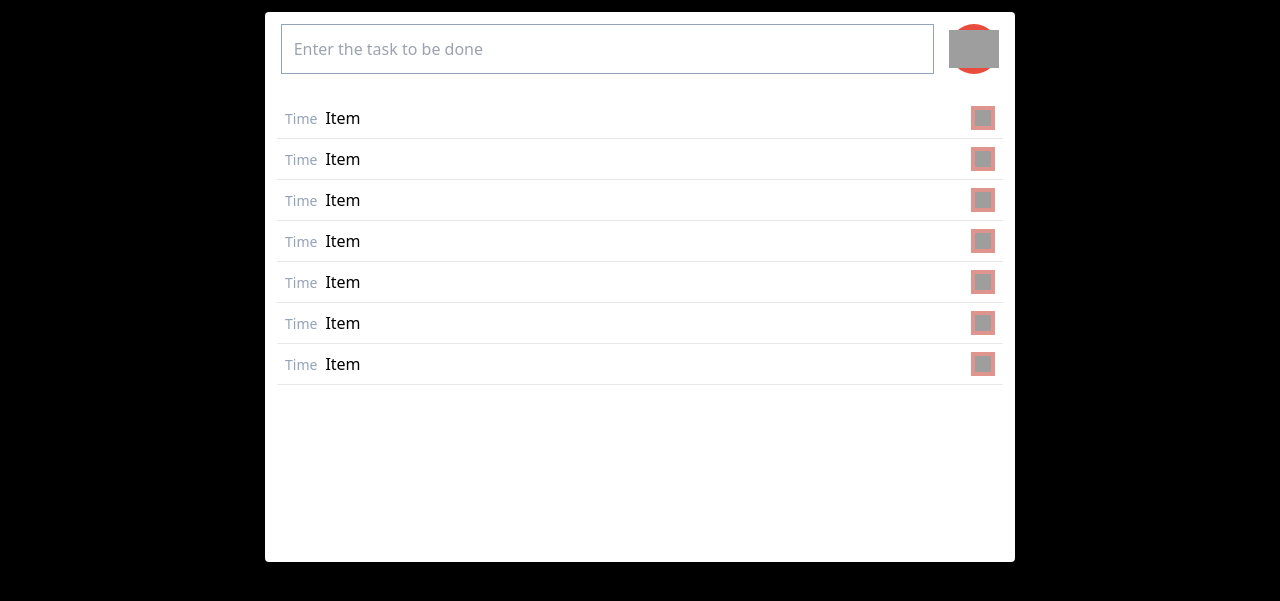
Repository: duttasayan835/todo-app-with-React-and-tailwind-CSS
Page: /
An editor plug-in stored every save of this project. The page is shown before and after the next save, followed by the edit.
The browser window is 1280 px wide. The pictures show the whole page.
Pictures or frames that could not be fetched are drawn as grey boxes. The project was rebuilt for these pictures with package versions that can differ from the ones it lists, and the page was loaded fresh each time.

Above is the page before, as saved 2024-06-12 13:20:59.

After the next save:
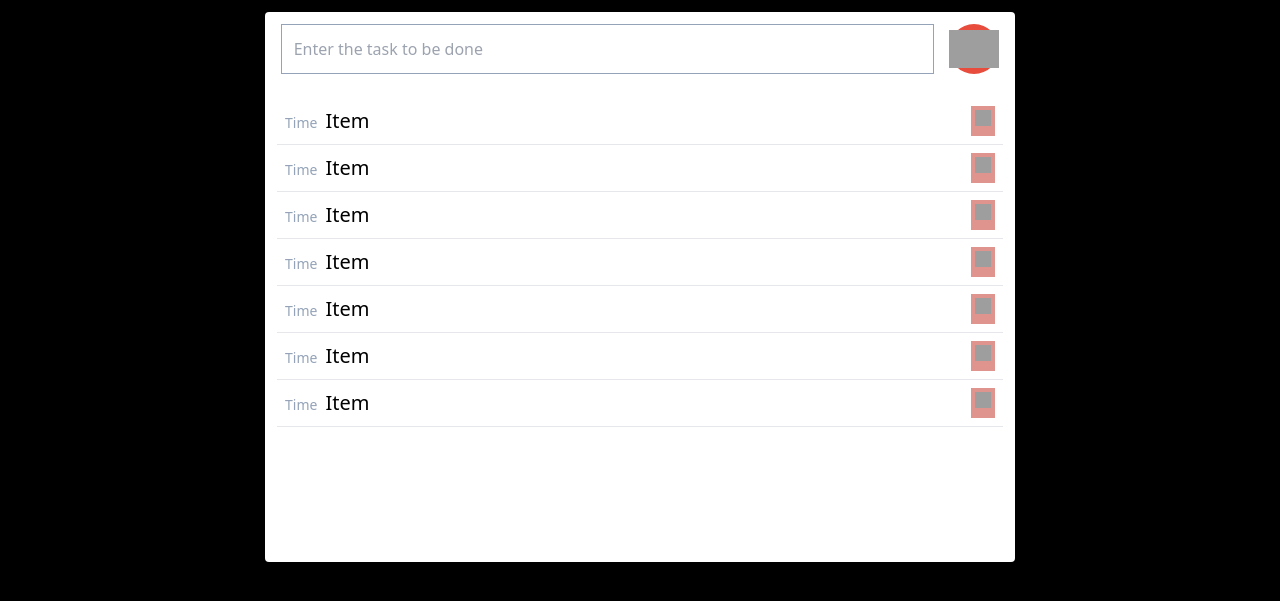
Saved 77 s later.
--- a/src/Components/Item.jsx
+++ b/src/Components/Item.jsx
@@ -11,7 +11,7 @@ export default function Item() {
     >
       <div className="">
         <span className="pr-2 text-[14px] text-slate-400">Time</span>
-        <span>Item</span>
+        <span className="text-[20px]">Item</span>
       </div>
       <div className="bg-[#df928bf9] bg-center pt-1 pl-1 pr-1">
         <img
